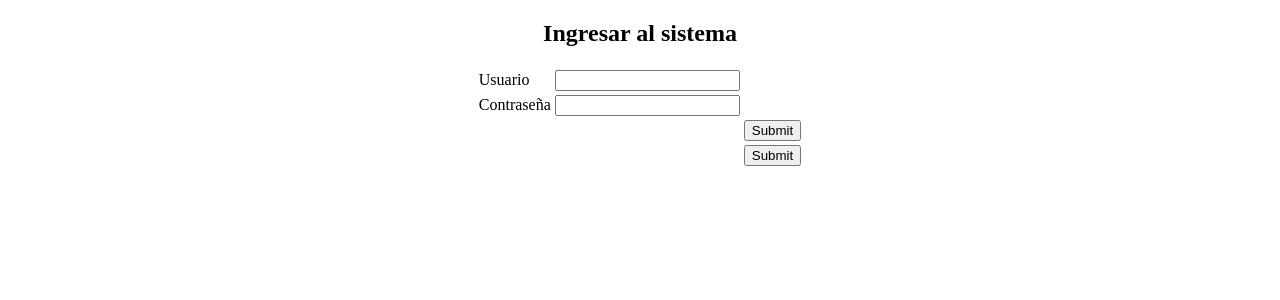
Repository: NayshaOCruz98/CL2ORTIZ
Page: http://localhost/LPII_CL2_ORTIZCRUZNAYSHA/
These files come from the project's save history. The page is drawn as it stood at one moment and after the next save; the edit follows.
The browser window is 1280 px wide. The pictures show the whole page.
The page is served by Tomcat 9. Other server files are loaded and not shown.

Above is the page before, as saved 2023-10-24 19:01:58.

### LPII_CL2_ORTIZCRUZNAYSHA/src/main/webapp/index.jsp
<%@ page language="java" contentType="text/html; charset=ISO-8859-1"
    pageEncoding="ISO-8859-1"%>

<!DOCTYPE html>
<html>
<head>
<meta http-equiv="Content-Type" content="text/html; charset=ISO-8859-1">
<title>Ventana Usuario</title>
</head>
<body>
<h2 align="center">Ingresar al sistema</h2>

<form action="ControladorServlet" method="post">

<table align="center">
<tr>
<td>Usuario</td>
<td><input type="text" name="usuario"></td>
</tr>
<tr>
<td>Contraseña</td>
<td><input type="text" name="usuario"></td>
</tr>
<tr>
<td colspan="2"></td>
<td><input type="submit" name="Registrar"></td>
</tr>
<tr>
<td colspan="2"></td>
<td><a href="ControladorServletprod"> <input type="submit" name="Ingresar"></td>
</tr>

</table>
</form>



</form>
</body>
</html>

After the next save:
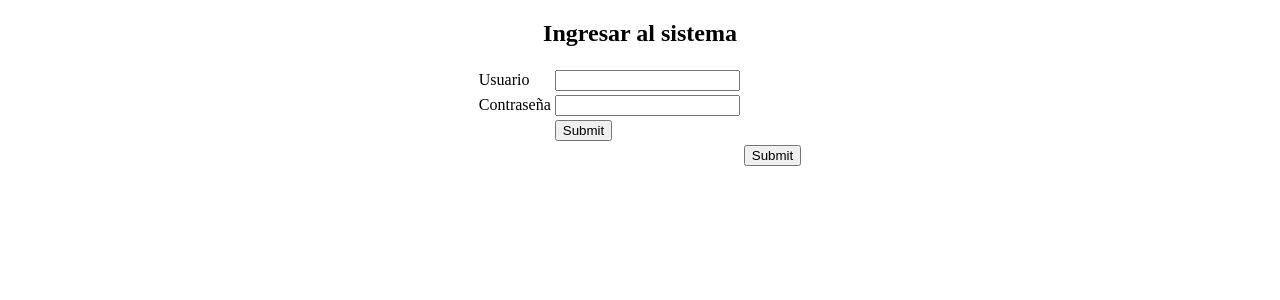
Saved 14 s later.
--- a/LPII_CL2_ORTIZCRUZNAYSHA/src/main/webapp/index.jsp
+++ b/LPII_CL2_ORTIZCRUZNAYSHA/src/main/webapp/index.jsp
@@ -22,7 +22,7 @@
 <td><input type="text" name="usuario"></td>
 </tr>
 <tr>
-<td colspan="2"></td>
+<td colspan="1"></td>
 <td><input type="submit" name="Registrar"></td>
 </tr>
 <tr>
